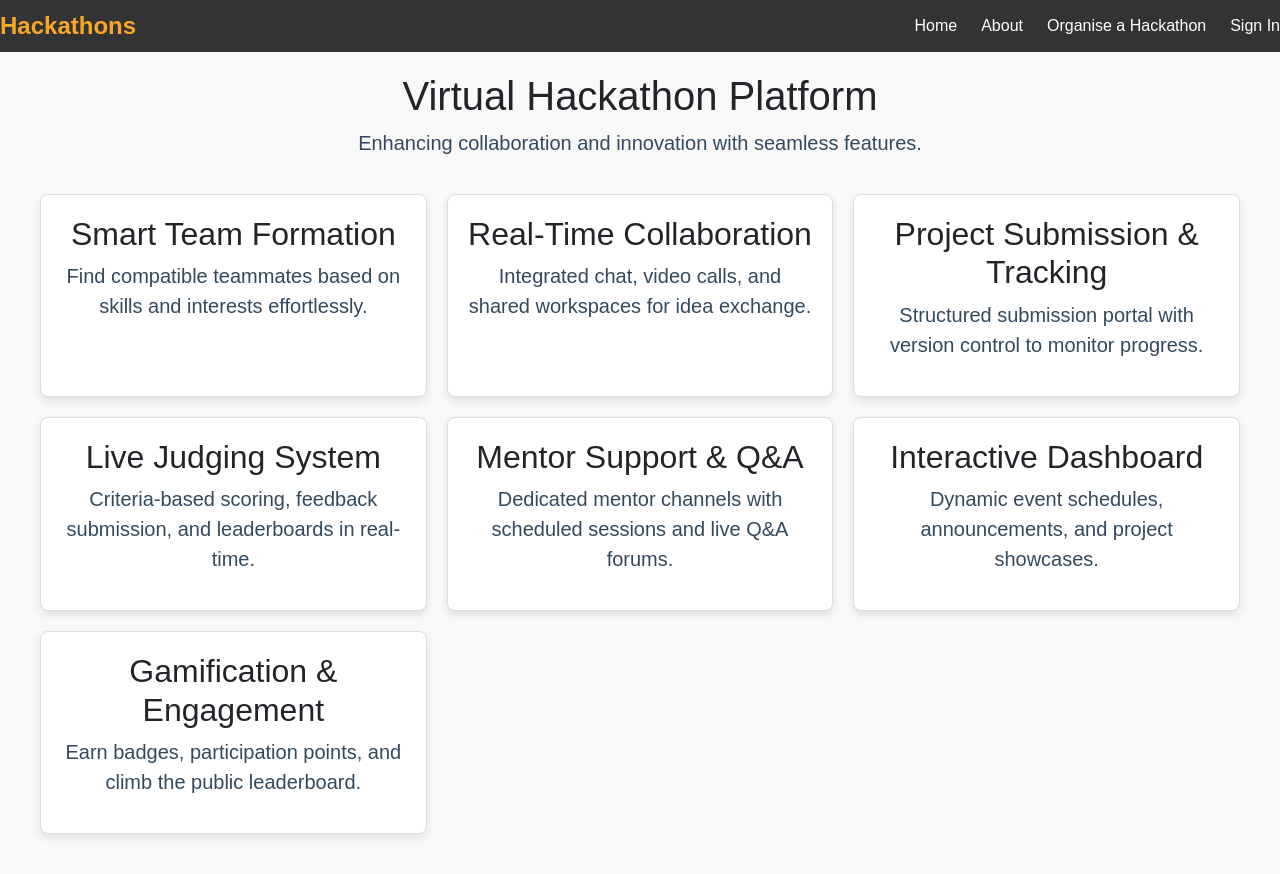
Repository: Ken-Kanike/RUBIX25_41_TECHTITANS
Page: / (app in backend/client/)
An editor plug-in stored every save of this project. The page is shown before and after the next save, followed by the edit.
The browser window is 1280 px wide. The pictures show the whole page.
The project was rebuilt for these pictures with package versions that can differ from the ones it lists, and the page was loaded fresh each time. Also part of the build but not shown: backend/client/src/signin.css, backend/client/src/signin.js.

Above is the page before, as saved 2025-01-23 00:52:04.

### backend/client/public/index.html
<!DOCTYPE html>
<html lang="en">
  <head>
    <meta charset="utf-8" />
    <!-- <link rel="icon" href="%PUBLIC_URL%/favicon.ico" /> -->
    <meta name="viewport" content="width=device-width, initial-scale=1" />
    <meta name="theme-color" content="#000000" />
    <!-- <meta
      name="description"
      content="Web site created using create-react-app"
    />
    <link rel="apple-touch-icon" href="%PUBLIC_URL%/logo192.png" />

      manifest.json provides metadata used when your web app is installed on a
      user's mobile device or desktop. See https://developers.google.com/web/fundamentals/web-app-manifest/

    <link rel="manifest" href="%PUBLIC_URL%/manifest.json" /> -->

    <title>React App</title>
  </head>
  <body>
    <noscript>You need to enable JavaScript to run this app.</noscript>
    <div id="root"></div>

  </body>
</html>

### backend/client/src/App.js
import React from 'react';
import { BrowserRouter as Router, Route, Routes } from 'react-router-dom';
import Navbar from './navbar';
import HomePage from './homepage';
import SignInPage from './signin'; // Import SignInPage component

function App() {
  return (
    <Router>
      <Navbar /> {/* Navbar is outside of Routes */}
      <Routes>
        <Route path="/" element={<HomePage />} /> {/* HomePage route */}
        <Route path="/signin" element={<SignInPage />} /> {/* SignInPage route */}
      </Routes>
    </Router>
  );
}

export default App;

### backend/client/src/navbar.js
// src/Navbar.js
import React from 'react';
import { Link, useLocation } from 'react-router-dom'; // Import useLocation from react-router-dom
import './navbar.css'; // For styling

const Navbar = () => {
    const location = useLocation(); // Get the current route location

    return (
        <nav className="navbar">
            <div className="navbar-logo">Hackathons</div>
            <ul className="navbar-links">
                {/* Conditionally render navbar items based on the current route */}
                {location.pathname !== "/signin" && (
                    <li><Link to="/">Home</Link></li> // Show "Home" link except on the SignIn page
                )}
                <li><Link to="#about">About</Link></li>
                <li><Link to="#organise">Organise a Hackathon</Link></li>
                {location.pathname === "/signin" ? (
                    <li><Link to="/">Home</Link></li> // Show "Home" link on SignIn page
                ) : (
                    <li><Link to="/signin">Sign In</Link></li> // Show "Sign In" link on other pages
                )}
            </ul>
        </nav>
    );
};

export default Navbar;

### backend/client/src/homepage.js
import React from 'react';
import './homepage.css';

const HomePage = () => {
    return (
        <div className="homepage-container">
            <h1>Virtual Hackathon Platform</h1>
            <p>Enhancing collaboration and innovation with seamless features.</p>

            <div className="features-section">
                <div className="feature-box">
                    <h2>Smart Team Formation</h2>
                    <p>Find compatible teammates based on skills and interests effortlessly.</p>
                </div>
                <div className="feature-box">
                    <h2>Real-Time Collaboration</h2>
                    <p>Integrated chat, video calls, and shared workspaces for idea exchange.</p>
                </div>
                <div className="feature-box">
                    <h2>Project Submission & Tracking</h2>
                    <p>Structured submission portal with version control to monitor progress.</p>
                </div>
                <div className="feature-box">
                    <h2>Live Judging System</h2>
                    <p>Criteria-based scoring, feedback submission, and leaderboards in real-time.</p>
                </div>
                <div className="feature-box">
                    <h2>Mentor Support & Q&A</h2>
                    <p>Dedicated mentor channels with scheduled sessions and live Q&A forums.</p>
                </div>
                <div className="feature-box">
                    <h2>Interactive Dashboard</h2>
                    <p>Dynamic event schedules, announcements, and project showcases.</p>
                </div>
                <div className="feature-box">
                    <h2>Gamification & Engagement</h2>
                    <p>Earn badges, participation points, and climb the public leaderboard.</p>
                </div>
            </div>
        </div>
    );
};

export default HomePage;

### backend/client/src/navbar.css
/* src/Navbar.css */
.navbar {
    display: flex;
    justify-content: space-between;
    align-items: center;
    padding: 0.8rem 2rem;
    background-color: #333;
    color: white;
    font-family: Arial, sans-serif;
}

.navbar-logo {
    font-size: 1.5rem;
    font-weight: bold;
    color: #f9a825; /* Yellowish highlight */
}

.navbar-links {
    list-style: none;
    display: flex;
    gap: 1.5rem;
    margin: 0;
    padding: 0;
}

.navbar-links li {
    display: inline;
}

.navbar-links a {
    text-decoration: none;
    color: white;
    font-size: 1rem;
    transition: color 0.3s ease;
}

.navbar-links a:hover {
    color: #f9a825;
}

### backend/client/src/homepage.css
/* Overall container styling */
.homepage-container {
    font-family: Arial, sans-serif;
    padding: 20px;
    text-align: center;
    background-color: #f9f9f9;
}

/* Header styling */
h1 {
    color: #2c3e50;
    font-size: 36px;
    margin-bottom: 10px;
}

p {
    font-size: 20px;
    color: #34495e;
    margin-bottom: 20px;
}

/* Features section */
.features-section {
    display: grid;
    grid-template-columns: repeat(auto-fit, minmax(300px, 1fr));
    gap: 20px;
    padding: 20px;
}

/* Individual feature box */
.feature-box {
    background-color: #ffffff;
    border: 1px solid #ddd;
    border-radius: 8px;
    padding: 20px;
    box-shadow: 0 4px 8px rgba(0, 0, 0, 0.1);
    transition: transform 0.3s ease, box-shadow 0.3s ease;
}

.feature-box:hover {
    transform: translateY(-5px);
    box-shadow: 0 8px 16px rgba(0, 0, 0, 0

Loaded but not shown: backend/client/src/index.js (common file); backend/client/src/index.css (common file); backend/client/src/reportWebVitals.js (common file)

After the next save:
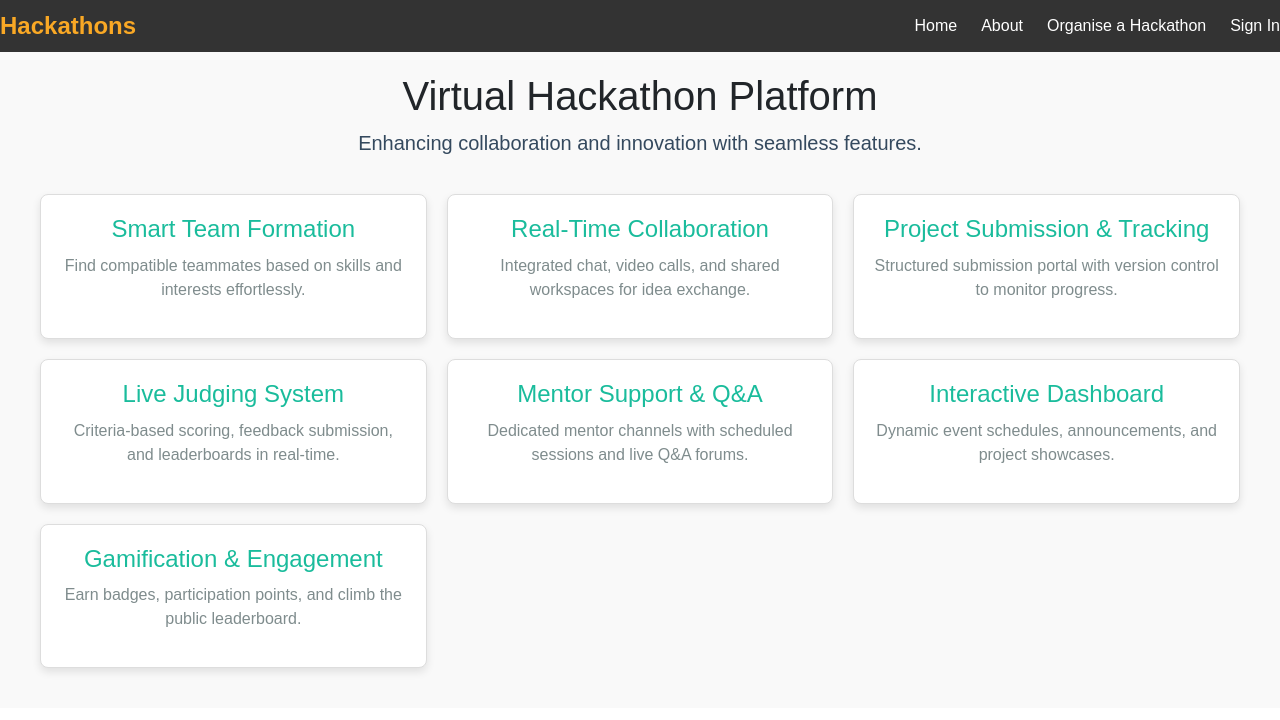
Saved 16 s later.
--- a/backend/client/src/homepage.css
+++ b/backend/client/src/homepage.css
@@ -39,4 +39,16 @@ p {
 
 .feature-box:hover {
     transform: translateY(-5px);
-    box-shadow: 0 8px 16px rgba(0, 0, 0, 0
+    box-shadow: 0 8px 16px rgba(0, 0, 0, 0.2);
+}
+
+.feature-box h2 {
+    font-size: 24px;
+    color: #1abc9c;
+    margin-bottom: 10px;
+}
+
+.feature-box p {
+    font-size: 16px;
+    color: #7f8c8d;
+}
